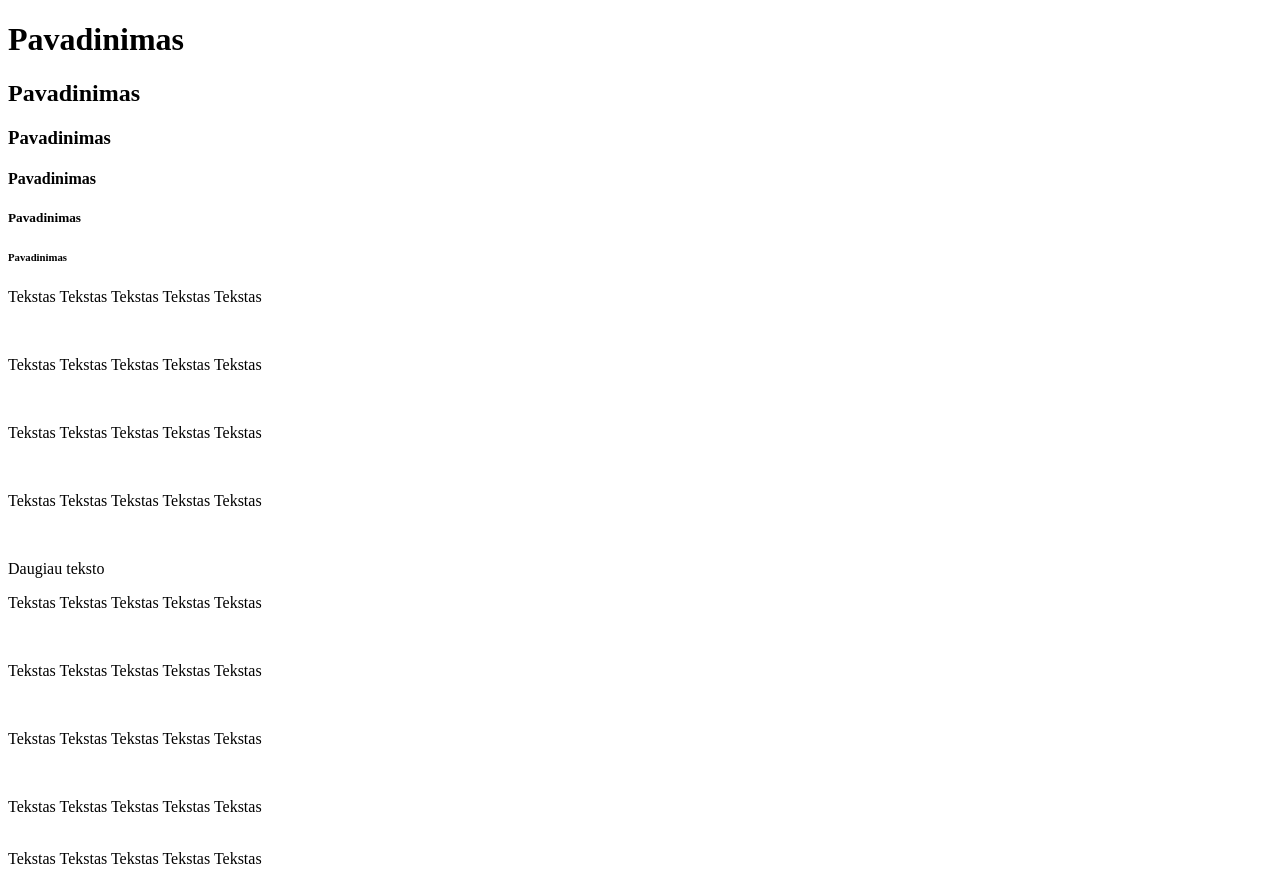
Repository: motiejus1/01-paskait
Page: pirmas.html
An editor plug-in stored every save of this project. The page is shown before and after the next save, followed by the edit.
The browser window is 1280 px wide. The pictures show the whole page.

Above is the page before, as saved 2021-05-31 20:27:43.

### pirmas.html
<!DOCTYPE html>

<html lang="en">
    <head>
        <meta charset="UTF-8">
        <meta http-equiv="X-UA-Compatible" content="IE=edge">
        <meta name="viewport" content="width=device-width, initial-scale=1.0">
        <title>Pirma paskaita</title>
    </head>

    <body>

        <h1>Pavadinimas</h1>
        <h2>Pavadinimas</h2>
        <h3>Pavadinimas</h3>
        <h4>Pavadinimas</h4>
        <h5>Pavadinimas</h5>
        <h6>Pavadinimas</h6>

        <p>Tekstas Tekstas Tekstas Tekstas Tekstas</p><br>
        <p>Tekstas Tekstas Tekstas Tekstas Tekstas</p><br>
        <p>Tekstas Tekstas Tekstas Tekstas Tekstas</p><br>
        <p>Tekstas Tekstas Tekstas Tekstas Tekstas</p><br>

        <p>Daugiau teksto</p>


        <p>Tekstas Tekstas Tekstas Tekstas Tekstas</p><br>
        <p>Tekstas Tekstas Tekstas Tekstas Tekstas</p><br>
        <p>Tekstas Tekstas Tekstas Tekstas Tekstas</p><br>
        <p>Tekstas Tekstas Tekstas Tekstas Tekstas</p><br>

        Tekstas Tekstas Tekstas Tekstas Tekstas<br>
    </body>

</html>

After the next save:
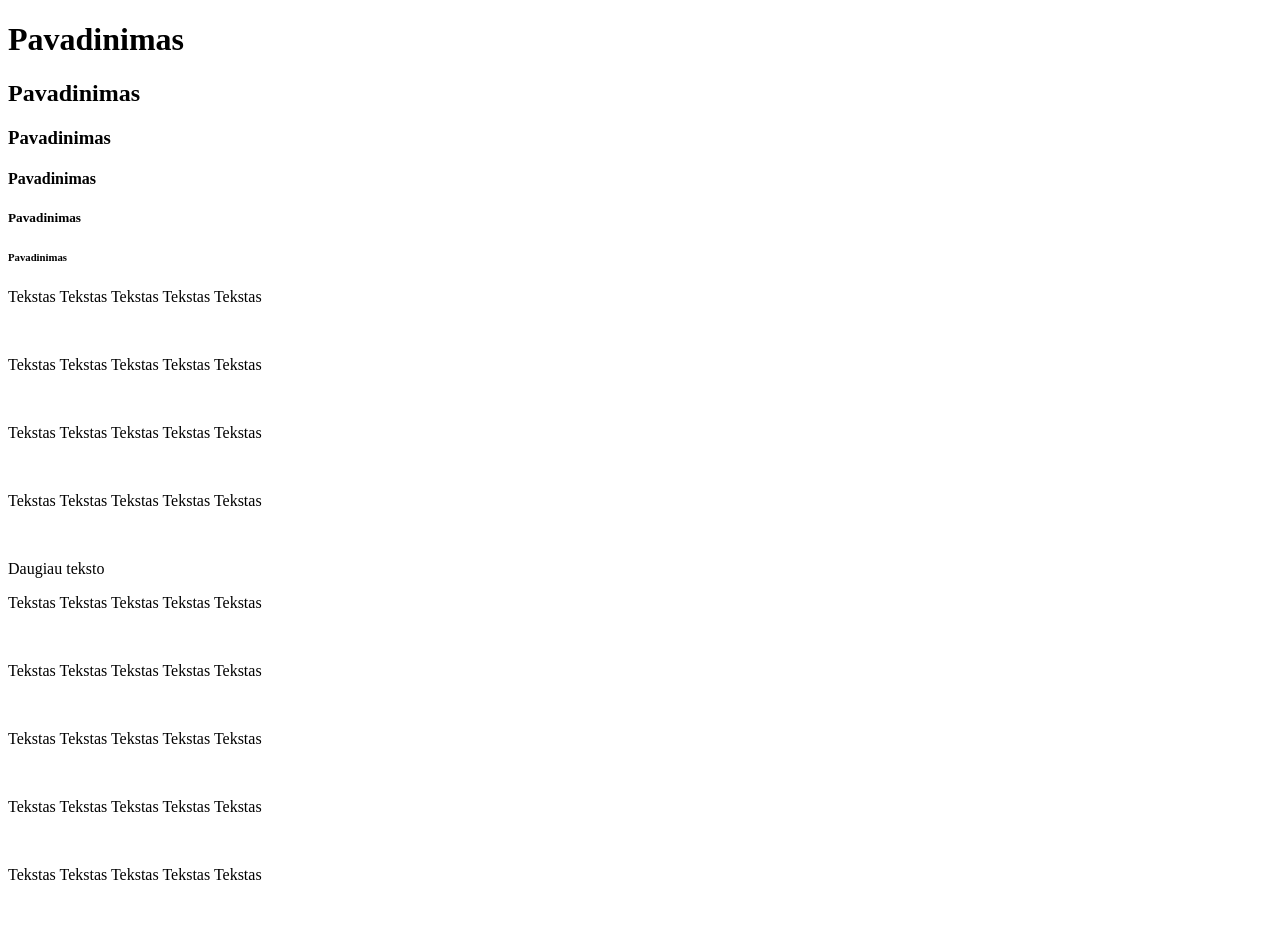
Saved 7 s later.
--- a/pirmas.html
+++ b/pirmas.html
@@ -30,7 +30,7 @@
         <p>Tekstas Tekstas Tekstas Tekstas Tekstas</p><br>
         <p>Tekstas Tekstas Tekstas Tekstas Tekstas</p><br>
 
-        Tekstas Tekstas Tekstas Tekstas Tekstas<br>
+        <p>Tekstas Tekstas Tekstas Tekstas Tekstas</p><br>
     </body>
 
 </html>
